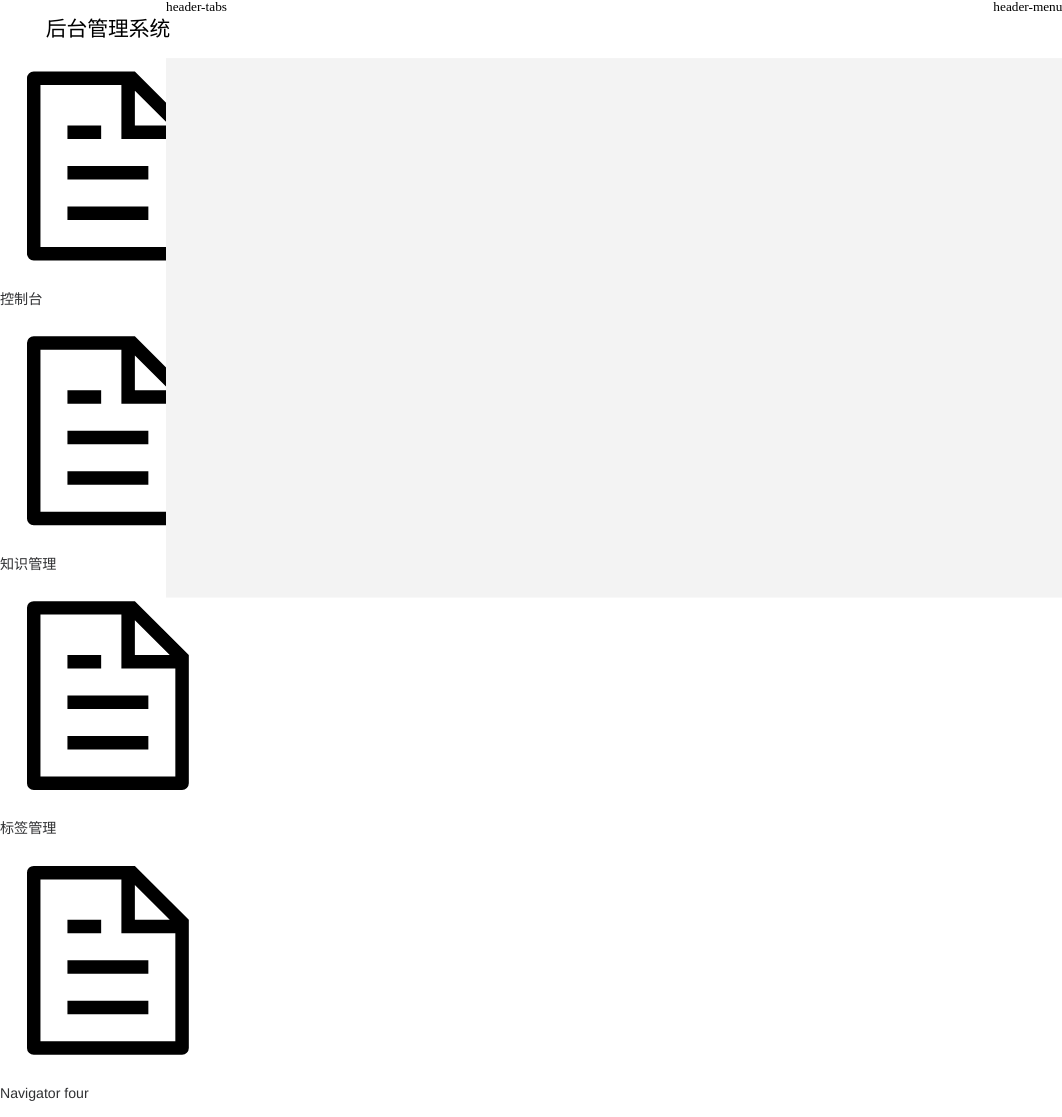
Repository: serrrN/admin
Page: /
An editor plug-in stored every save of this project. The page is shown before and after the next save, followed by the edit.
The browser window is 1280 px wide. The pictures show the whole page, at 83% of full size.
The project was rebuilt for these pictures with package versions that can differ from the ones it lists, and the page was loaded fresh each time. Also part of the build but not shown: vite.config.ts, src/styles/index.scss.

Above is the page before, as saved 2024-06-02 15:44:42.

### src/main.ts
import { createApp } from 'vue'
import App from './App.vue'
import ElementPlus from 'element-plus'
import zhCn from 'element-plus/es/locale/lang/zh-cn'
import * as ElementPlusIconsVue from '@element-plus/icons-vue'
import router from './router'
import 'reset-css'
import './styles/index.scss'
const app = createApp(App)
for (const [key, component] of Object.entries(ElementPlusIconsVue)) {
  app.component(key, component)
}
app.use(ElementPlus, { locale: zhCn })
app.use(router)
app.mount('#app')

### src/App.vue
<script setup lang="ts"></script>

<template>
  <router-view></router-view>
</template>

<style>
* {
  box-sizing: border-box;
}
#app,
html,
body {
  width: 100%;
  height: 100%;
}
</style>

### src/router/index.ts
import { createRouter, createWebHistory } from 'vue-router'
const routes = [
  {
    path: '/',
    name: 'home',
    component: () => import('@/layout/index.vue'),
  },
]
const router = createRouter({
  history: createWebHistory(),
  routes,
})
export default router

### src/layout/index.vue
<template>
  <div class="layout-container">
    <div class="left">
      <Menu />
    </div>
    <div class="right">
      <div class="header"><Header /></div>
      <div class="main"><Main /></div>
    </div>
  </div>
</template>

<script lang="ts" setup>
import Menu from './menu/index.vue'
import Header from './header/index.vue'
import Main from './main/index.vue'
</script>

<style scoped lang="scss">
.layout-container {
  width: 100%;
  height: 100%;
  display: flex;
  .left {
    height: 100%;
    width: $layout-container-left-max-width;
  }
  .right {
    width: calc(100% - $layout-container-left-max-width);
    .header {
      width: 100%;
      height: $layout-container-header-height;
      display: flex;
      justify-content: space-between;
    }
    .main {
      height: calc(100% - $layout-container-header-height);
      width: 100%;
      background-color: #f3f3f3;
    }
  }
}
</style>

### src/styles/variable.scss
// 布局容器左边未塌陷宽度
$layout-container-left-max-width:200px;
// 布局容器左边塌陷后宽度
$layout-container-left-min-width:0px;

// 布局容器头部高度
$layout-container-header-height:70px;

### src/layout/menu/index.vue
<template>
  <el-menu
    default-active="2"
    class="el-menu-vertical-demo"
    :collapse="isCollapse"
    @open="handleOpen"
    @close="handleClose"
  >
    <div class="name">后台管理系统</div>
    <el-menu-item index="1">
      <el-icon><document /></el-icon>
      <span>控制台</span>
    </el-menu-item>
    <el-menu-item index="2">
      <el-icon><document /></el-icon>
      <span>知识管理</span>
    </el-menu-item>
    <el-menu-item index="3">
      <el-icon><document /></el-icon>
      <span>标签管理</span>
    </el-menu-item>
    <el-menu-item index="4">
      <el-icon><document /></el-icon>
      <span>Navigator four</span>
    </el-menu-item>
  </el-menu>
</template>

<script lang="ts" setup>
import { ref } from 'vue'

const isCollapse = ref(false)
const handleOpen = (key: string, keyPath: string[]) => {
  console.log(key, keyPath)
}
const handleClose = (key: string, keyPath: string[]) => {
  console.log(key, keyPath)
}
</script>

<style>
.el-menu {
  height: 100%;
  .name {
    text-align: center;
    width: 100%;
    height: 70px;
    font-size: 25px;
    line-height: 70px;
  }
  .el-menu-item span {
    color: rgb(48, 49, 51);
    font-size: 17px;
    font-weight: 400;
    line-height: 56px;
    font-family: 'Helvetica Neue', Helvetica, 'PingFang SC', 'Hiragino';
  }
}
.el-menu-vertical-demo:not(.el-menu--collapse) {
  width: 260px;
  min-height: 400px;
}
</style>

### src/layout/header/index.vue
<template>
  <Tabs />
  <Menu />
</template>
<script setup lang="ts">
import Tabs from './tabs/index.vue'
import Menu from './menu/index.vue'
</script>
<style lang="scss" scoped></style>

### src/layout/main/index.vue
<template>
  <router-view></router-view>
</template>
<script setup lang="ts"></script>
<style lang="scss" scoped></style>

### src/layout/header/tabs/index.vue
<template>
  <div class="header-tabs">header-tabs</div>
</template>
<script setup lang="ts"></script>
<style lang="scss" scoped></style>

### src/layout/header/menu/index.vue
<template>
  <div class="header-menu">header-menu</div>
</template>
<script setup lang="ts"></script>
<style lang="scss" scoped></style>

Loaded but not shown: index.html (common file)

After the next save:
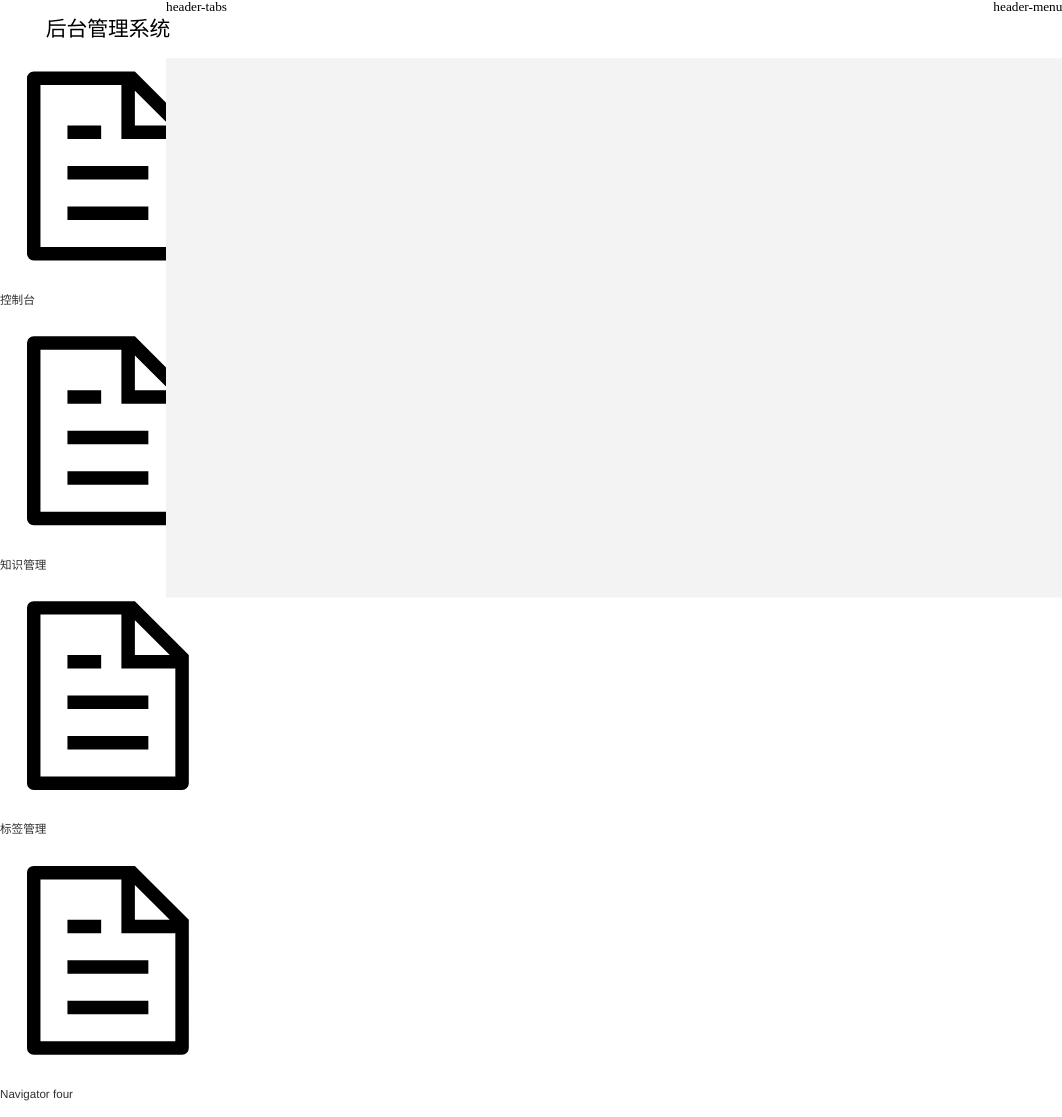
Saved 23 s later.
--- a/src/layout/menu/index.vue
+++ b/src/layout/menu/index.vue
@@ -50,7 +50,7 @@ const handleClose = (key: string, keyPath: string[]) => {
   }
   .el-menu-item span {
     color: rgb(48, 49, 51);
-    font-size: 17px;
+    font-size: 14px;
     font-weight: 400;
     line-height: 56px;
     font-family: 'Helvetica Neue', Helvetica, 'PingFang SC', 'Hiragino';
